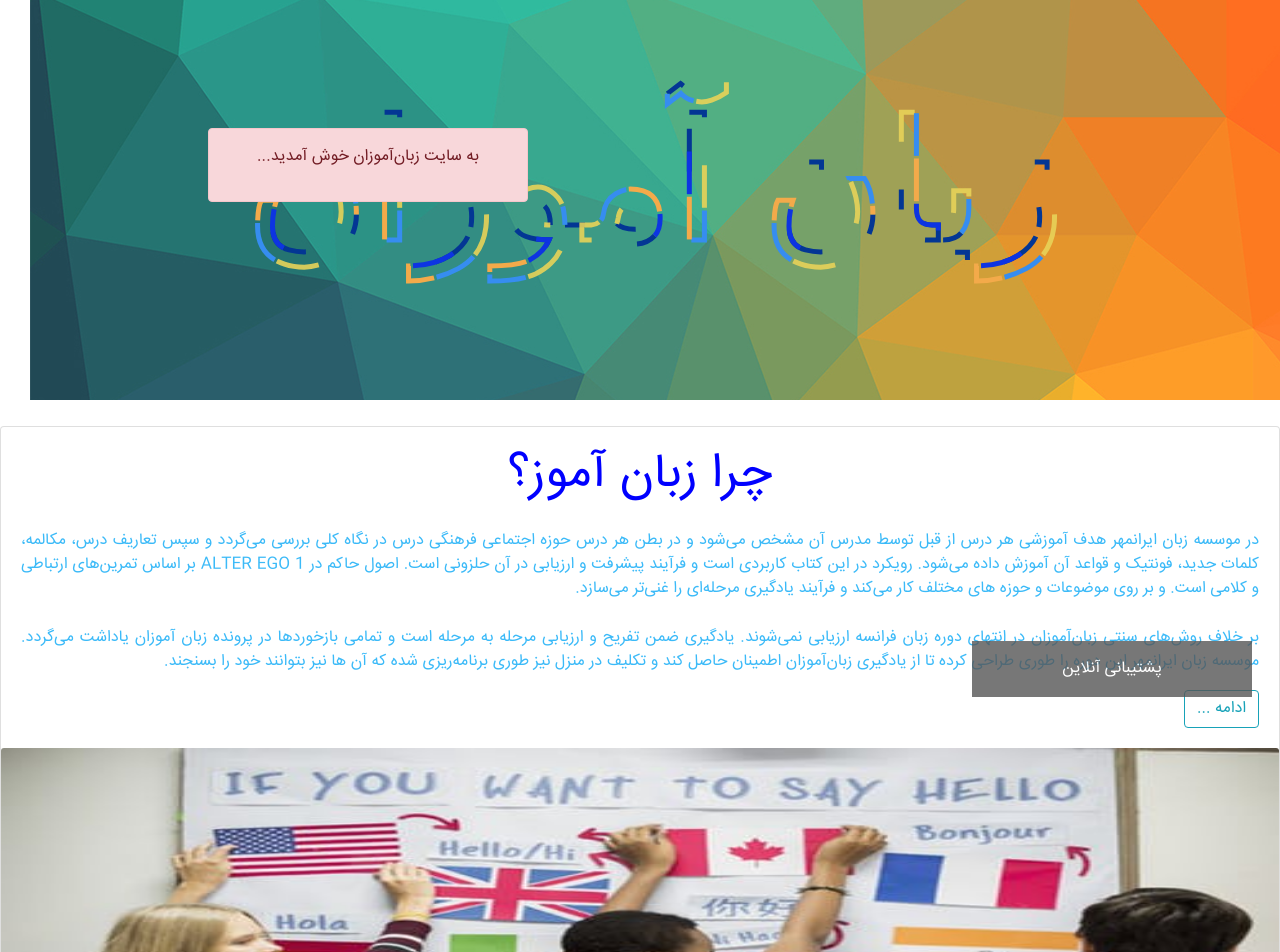
Repository: nikmahla/ZabanAmozan
Page: LanguageWebSite.html
These files come from the project's save history. The page is drawn as it stood at one moment and after the next save; the edit follows.
The browser window is 1280 px wide. The pictures show the part of the page from y = 0 to 952 px (the page is 3961 px tall).
A picture or video elsewhere on the page could not be fetched, so the positions and the page height are approximate.

Above is the page before, as saved 2019-10-11 21:59:44.

### LanguageWebSite.html
<html lang="en">

<head>
    <meta charset="UTF-8">
    <meta name="viewport" content="width=device-width, initial-scale=1.0">
    <meta http-equiv="X-UA-Compatible" content="ie=edge">
    <link rel="stylesheet" href="css/bootstrap.css">
    <link rel="stylesheet" href="css/stylesheet.css">
    <link rel="shortcut icon" href="images/fav.jpg" title="favicon">
    <script src="jquery.min.js"></script>
    <title>Learn New Language</title>
</head>

<body class="container-fluid">

    <div class="row bg-image">
        <svg viewBox="0 0 960 300">
            <symbol id="s-text">
                <text text-anchor="middle" x="50%" y="80%"> زبان آموزان</text>
            </symbol>

            <g class="g-ants">
                <use xlink:href="#s-text" class="text-copy"></use>
                <use xlink:href="#s-text" class="text-copy"></use>
                <use xlink:href="#s-text" class="text-copy"></use>
                <use xlink:href="#s-text" class="text-copy"></use>
                <use xlink:href="#s-text" class="text-copy"></use>
            </g>
        </svg>
    </div>

    <div id="alert" class="alert alert-danger p-3 m-5">
        <p class="text-center">به سایت زبان‌آموزان خوش آمدید...</p>
    </div>

    <div class="row">
        <div class="card  " style="margin-top: 2%">
            <div class="card-body">
                <h5 class="card-title card-title-me"> چرا زبان آموز؟ </h5>
                <p class="card-body-me">در موسسه زبان ایرانمهر هدف آموزشی هر درس از قبل توسط مدرس آن مشخص می‌شود و در
                    بطن هر
                    درس حوزه اجتماعی فرهنگی درس در نگاه کلی بررسی می‌گردد و سپس تعاریف درس، مکالمه، کلمات جدید، فونتیک و
                    قواعد آن آموزش داده می‌شود. رویکرد در این کتاب کاربردی است و فرآیند پیشرفت و ارزیابی در آن حلزونی
                    است.
                    اصول حاکم در ALTER EGO 1 بر اساس تمرین‌های ارتباطی و کلامی است. و بر روی موضوعات و حوزه های مختلف
                    کار
                    می‌کند و فرآیند یادگیری مرحله‌‌ای را غنی‌تر می‌سازد.</p>
                <p class="card-body-me">
                    بر خلاف روش‌های سنتی زبان‌آموزان در انتهای دوره زبان فرانسه ارزیابی نمی‌شوند. یادگیری ضمن تفریح و
                    ارزیابی مرحله به مرحله است و تمامی بازخوردها در پرونده زبان آموزان یاداشت می‌گردد. موسسه زبان
                    ایرانمهر
                    این دوره را طوری طراحی کرده تا از یادگیری زبان‌آموزان اطمینان حاصل کند و تکلیف در منزل نیز طوری
                    برنامه‌ریزی شده که آن ها نیز بتوانند خود را بسنجند.
                </p>
                <button type="button" class="btn btn-outline-info">ادامه ...</button>

            </div>
            <img src="./images/fl031.jpg" class="card-img-top card-img" alt="">
        </div>
    </div>


    <div class="row ">
        <div class="col-md-6">
            <div class="videoplay ">
                <video class="img-fluid" autoplay="" loop="" playsinline="" muted="">
                    <source type="video/mp4" src="images/class03.mp4">
                </video>
            </div>
        </div>
        <div class="col-md-6 ">
            <h3 class="text-class">
                1.زمان مد نظرتو انتخاب کن
            </h3>
        </div>
    </div>

    <div class="row ">
        <div class="col-md-6 ">
            <h3 class="text-class">
                2.کلاستو انتخاب کن
            </h3>
        </div>
        <div class="col-md-6">
            <div class="videoplay ">
                <video class="img-fluid" autoplay="" loop="" playsinline="" muted="">
                    <source type="video/mp4" src="images/class031.mp4">
                </video>
            </div>
        </div>
    </div>

    <div class="row ">
        <div class="col-md-6">
            <div class="videoplay ">
                <video class="img-fluid" autoplay="" loop="" playsinline="" muted="">
                    <source type="video/mp4" src="images/class033.mp4">
                </video>
            </div>
        </div>
        <div class="col-md-6 ">
            <h3 class="text-class">
                3. برو کلاس
            </h3>
        </div>
    </div>

    <div class="row" style="margin-top:2% ">
        <div class="card card-box" style="width:30%">
            <img class="card-img-top" src="./images/cl8.jpg" alt="Card image">
            <div class="card-body">
                <h4 class="card-title">دوره های آموزش زبان فرانسه متوسطه بزرگسالان</h4>
                <p class="card-text">دوره های فشرده نیمه گروهی ( 6 تا 8 نفره )</p>
                <a href="#" class="btn btn-primary">مشاهده</a>
            </div>
        </div>

        <div class="card card-box" style="width:30%">
            <img class="card-img-top" src="./images/cl9.jpg" alt="Card image">
            <div class="card-body">
                <h4 class="card-title">دوره آموزش زبان فرانسه پیش متوسطه کودکان</h4>
                <p class="card-text">دوره زبان فرانسه پیش متوسطه کودکان (+A2)</p>
                <a href="#" class="btn btn-primary">مشاهده</a>
            </div>
        </div>

        <div class="card card-box" style="width:30%">
            <img class="card-img-top" src="./images/cl10.jpg" alt="Card image">
            <div class="card-body">
                <h4 class="card-title">دوره زبان فرانسه پیشرفته بزرگسالان</h4>
                <p class="card-text">دوره زبان فرانسه پیش متوسطه</p>
                <a href="#" class="btn btn-primary">مشاهده</a>
            </div>
        </div>
    </div>



    <div class="row bg">
        <h3 class="h1-list" data-shadow='dang!'>کلاسهای پاییز</h3>
    </div>



    <table class="table table-hover table-me">
        <thead>
            <tr>
                <th scope="col">#</th>
                <th scope="col">روزهای هفته</th>
                <th scope="col">کلاس</th>
                <th scope="col">استاد</th>
                <th> انتخاب</th>
            </tr>
        </thead>
        <tbody>
            <tr>
                <th scope="row">1</th>
                <td>شنبه</td>
                <td>زبان فرانسه</td>
                <td>دکتر رضایی</td>
                <td>
                    <button type="button" class="btn btn-outline-warning">مشاهده</button>
                </td>


            </tr>
            <tr>
                <th scope="row">2</th>
                <td>یکشنبه</td>
                <td>زبان فرانسه</td>
                <td>دکتر رضایی</td>
                <td>
                    <button type="button" class="btn btn-outline-warning">مشاهده</button>
                </td>

            </tr>
            <tr>
                <th scope="row">3</th>
                <td>دوشنبه</td>
                <td>زبان فرانسه</td>
                <td>دکتر رضایی</td>
                <td>
                    <button type="button" class="btn btn-outline-warning">مشاهده</button>
                </td>

            </tr>
            <tr>
                <th scope="row">4</th>
                <td>سه شنبه</td>
                <td>زبان فرانسه</td>
                <td>دکتر رضایی</td>
                <td>
                    <button type="button" class="btn btn-outline-warning">مشاهده</button>
                </td>
            </tr>
            <tr>
                <th scope="row">5</th>
                <td>چهارشنبه</td>
                <td>زبان فرانسه</td>
                <td>دکتر رضایی</td>
                <td>
                    <button type="button" class="btn btn-outline-warning">مشاهده</button>
                </td>
            </tr>
            <tr>
                <th scope="row">6</th>
                <td>پنجشنبه</td>
                <td>زبان فرانسه</td>
                <td>دکتر رضایی</td>
                <td>
                    <button type="button" class="btn btn-outline-warning">مشاهده</button>
                </td>

            </tr>
            <tr>
                <th scope="row">7</th>
                <td>جمعه</td>
                <td>زبان فرانسه</td>
                <td>دکتر رضایی</td>
                <td>
                    <button type="button" class="btn btn-outline-warning">مشاهده</button>
                </td>

            </tr>
        </tbody>
    </table>


    <button class="open-button" onclick="openForm()">پشتیبانی آنلاین</button>

    <div class="chat-popup" id="myForm">
        <form action="/action_page.php" class="form-container">
            <h5 class="text-right"> پشتیبانی زبان‌آموزان </h5>

            <label for="msg"><b> در خدمت شماست:</b></label>
            <textarea placeholder="متن ارسالی ..." name="msg" required></textarea>

            <button type="submit" class="btn">ارسال</button>
            <button type="button" class="btn cancel" onclick="closeForm()">بستن</button>
        </form>
    </div>



    <footer class="footer container-fluid">
        <div class="footer-middle">
            <div class="">
                <div class="row">
                    <div class="col-md-6 col-sm-6  ">

                        <div class="footer-pad">
                            <h4>راه های ارتباطی</h4>
                            <ul class="list-unstyled">
                                <li><a href="#"></a></li>
                                <li><a href="#">شماره تماس</a></li>
                                <li><a href="#">مشاوره حضوری</a></li>
                                <li><a href="#">ادرس ایمیل</a></li>
                                <li><a href="#">شبکه اجتماعی</a></li>

                            </ul>
                        </div>
                    </div>


                    <div class="col-md-6 col-sm-6 ">

                        <div class="footer-pad">
                            <h4> خواندیها برای شما</h4>
                            <ul class="list-unstyled">
                                <li><a href="#"> معرفی دیشکنری </a></li>
                                <li><a href="#">معرفی فیلم</a></li>
                                <li><a href="#">معرفی نرم افزار</a></li>
                                <li><a href="#">معرفی داستان</a></li>
                                <li><a href="#">معرفی سایت</a></li>
                                <li>
                                    <a href="#"></a>
                                </li>
                            </ul>
                        </div>
                    </div>

                </div>
                <div class="row">
                    <div class="col-md-12 copy">
                        <p class="text-center">&copy; حقوق مادی و معنوی سایت محفوظ است.</p>
                    </div>
                </div>


            </div>
        </div>
    </footer>

    <script >
        function openForm() {
            document.getElementById("myForm").style.display = "block";
        }

        function closeForm() {
            document.getElementById("myForm").style.display = "none";
        }
        $(document).ready(function () {
            setTimeout(function () {
                $('#alert').slideDown('slow');
            }, 3000);
        })
    </script>

</body>

</html>

### css/stylesheet.css
@font-face {
    font-family: 'iransans';
    src: url('../fonts/iransans_medium.woff2') format('woff2');
    font-weight: bold;
}

@font-face {
    font-family: 'iransans';
    src: url('../fonts/iransans_regular.woff2') format('woff2');
    font-weight: normal;
}

@font-face {
    font-family: 'iransans';
    src: url('../fonts/iransans_ultralight.woff2') format('woff2');
    font-weight: 200;
}

body {
    direction: rtl;
    text-align: right;
    margin: 0;
    font-family: 'iransans', tahoma;
}

* {
    box-sizing: border-box;
}

.videoplay {
    margin-top: 20%;
    min-width: 100%;
    min-height: 100%;
}

.text-class {
    margin-top: 45% !important;
    text-align: center;
    color: #3bbaf8
}

.bg-image {
    background-image: url('../images/bgh.png');
    height: 25rem;
    width: 100%;
}

.header-text {
    background: #8383e2;
}

.card-text {
    text-align: center;
    color: #115374;
    margin-top: 2%;
}

.card-btn {
    margin-top: 2%;
    color: blue;
}

.card-box {
    margin: 1%;
    padding: 1%;
    text-align: center;
}

.card-title-me {
    text-align: center;
    color: blue;
    font-size: 3rem;
}

.card-body-me {
    color: #3bbaf8;
    margin-top: 2%;
    text-align: justify;
}

.card-img {
    height: 25rem;
}

svg {
    display: block;
    font: 10.5em 'Montserrat';
    width: 960px;
    height: 300px;
    margin: 0 auto;
}

.text-copy {
    fill: none;
    stroke: white;
    stroke-dasharray: 6% 29%;
    stroke-width: 5px;
    stroke-dashoffset: 0%;
    animation: stroke-offset 5.5s infinite linear;
}

.text-copy:nth-child(1) {
    stroke: rgb(3, 54, 148);
    animation-delay: -1;
}

.text-copy:nth-child(2) {
    stroke: #e7d258e7;
    animation-delay: -2s;
}

.text-copy:nth-child(3) {
    stroke: rgb(54, 141, 240);
    animation-delay: -3s;
}

.text-copy:nth-child(4) {
    stroke: rgb(243, 170, 74);
    animation-delay: -4s;
}

.text-copy:nth-child(5) {
    stroke: rgb(13, 52, 226);
    animation-delay: -5s;
}

@keyframes stroke-offset {
    100% {
        stroke-dashoffset: -35%;
    }
}

.bg {
    margin: 2rem 0 2rem 0;
    text-align: center;
    background-color: rgba(243, 93, 33, 0.849);
}

.h1-list {
    margin-right: 20%;
    display: inline-block;
    color: white;
    font-size: 9em;
    text-shadow: .03em .03em 0 rgb(235, 71, 6);
}

.table-me {
    margin: 1rem 0 1rem 0;
    overflow: hidden;
}

.bt-me {
    color: orangered;
}

footer {
    width: 100%;
    background: #16222A;
    background: -webkit-linear-gradient(59deg, #3A6073, #16222A);
    background: linear-gradient(59deg, #3A6073, #16222A);
    color: white;
    margin-top: 100px;
    text-align: center;
}

footer a {
    color: #fff;
    font-size: 14px;
    transition-duration: 0.2s;
    display: inline-block;
}

footer a:hover {
    color: #FA944B;
    text-decoration: none;
}

.copy {
    font-size: 12px;
    padding: 10px;
    border-top: 1px solid #FFFFFF;
}

.footer-middle {
    padding-top: 2em;
    color: white;
}

.open-button {
    background-color: #555;
    color: white;
    padding: 16px 20px;
    border: none;
    cursor: pointer;
    opacity: 0.8;
    position: fixed;
    bottom: 23px;
    right: 28px;
    width: 280px;
}

/* The popup chat - hidden by default */

.chat-popup {
    display: none;
    position: fixed;
    bottom: 0;
    right: 15px;
    border: 3px solid #f1f1f1;
    z-index: 9;
}

/* Add styles to the form container */

.form-container {
    max-width: 300px;
    padding: 10px;
    background-color: white;
}

/* Full-width textarea */

.form-container textarea {
    width: 100%;
    padding: 15px;
    margin: 5px 0 22px 0;
    border: none;
    background: #f1f1f1;
    resize: none;
    min-height: 200px;
}

/* When the textarea gets focus, do something */

.form-container textarea:focus {
    background-color: #ddd;
    outline: none;
}

/* Set a style for the submit/send button */

.form-container .btn {
    background-color: #4CAF50;
    color: white;
    padding: 16px 20px;
    border: none;
    cursor: pointer;
    width: 100%;
    margin-bottom: 10px;
    opacity: 0.8;
}

/* Add a red background color to the cancel button */

.form-container .cancel {
    background-color: red;
}

/* Add some hover effects to buttons */

.form-container .btn:hover, .open-button:hover {
    opacity: 1;
}

#alert {
    position: fixed;
    top: 5rem;
    left: 10rem;
    width: 25%;
    display: none;
}

Loaded but not shown: css/bootstrap.css (library); node_modules/jquery/dist/jquery.min.js (library)

After the next save:
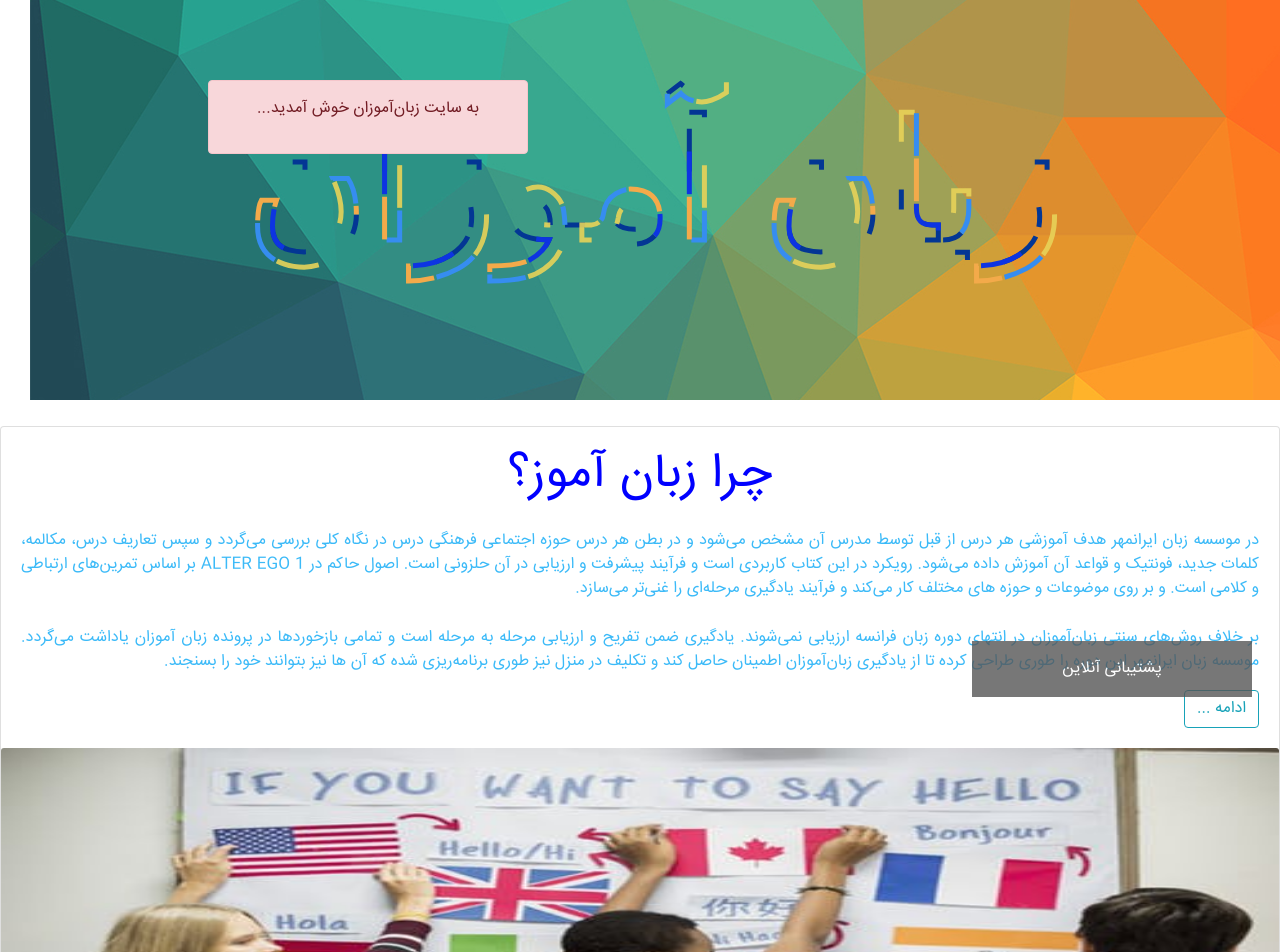
Saved 23 s later.
--- a/css/stylesheet.css
+++ b/css/stylesheet.css
@@ -264,7 +264,7 @@ footer a:hover {
 
 #alert {
     position: fixed;
-    top: 5rem;
+    top: 2rem;
     left: 10rem;
     width: 25%;
     display: none;
